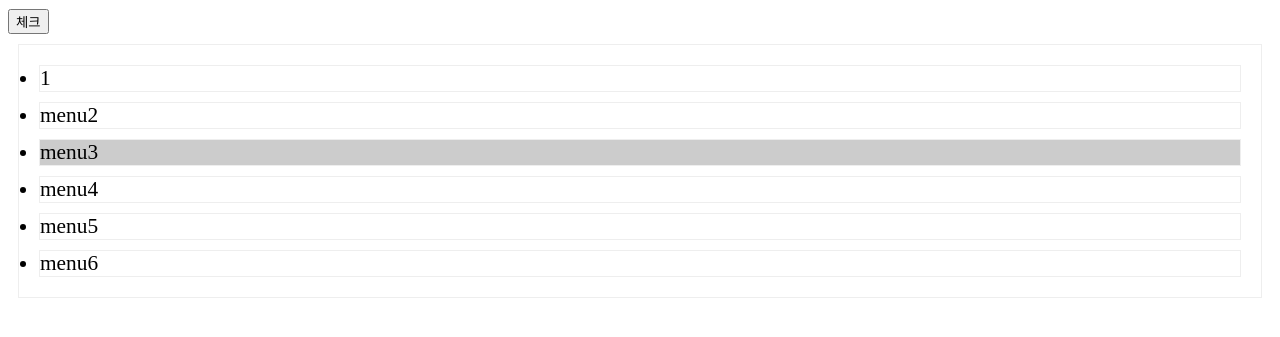
Repository: swc0516s/EZEN-JS
Page: JavaScript Workspace Lecture/JavaScript_jQuery_03/WebContent/Chapter04/4_13.html
The author's editor kept a copy of each file at every save. The page is drawn from the files as they stood at one save, then again after a run of saves.
The browser window is 1280 px wide. The pictures show the whole page.
After loading, the first visible `li` was clicked once.

Above is the page before, as saved 2022-03-18 07:17:31.

After the next 2 saves:
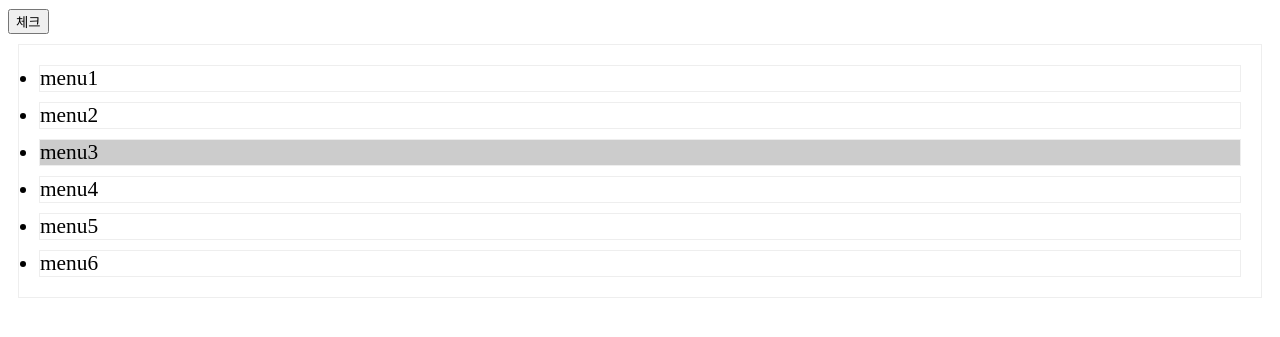
Console error (its wording comes from the project's code and is left out).
The 2 saves are shown as one change because they came seconds apart.
The last was saved 9 s later.
--- a/JavaScript Workspace Lecture/JavaScript_jQuery_03/WebContent/Chapter04/4_13.html
+++ b/JavaScript Workspace Lecture/JavaScript_jQuery_03/WebContent/Chapter04/4_13.html
@@ -24,15 +24,12 @@
 </style>
 <script type="text/javascript" src="../libs/jquery-3.6.0.min.js"></script>
 <script type="text/javascript">
-	$(document).ready(
-			function() {
-				$("ul.menu li").click(
-						function() {
-							var item = $(this);
-							item.html(
-									+ (1 + $(this).index()));
-						});
-			});
+	$(document).ready(function() {
+		$("ul.menu li").click(function() {
+			var item = $(this);
+			item.html(+"<a href='http://www.naver.com'>new menu"(1 + $(this).index()));
+		});
+	});
 </script>
 </head>
 <body>

After the save that followed:
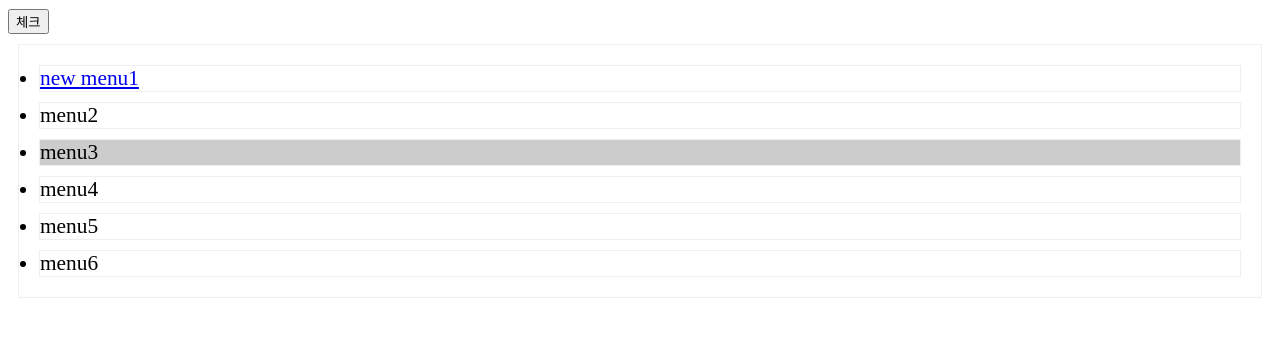
The error is gone.
Saved 7 s later.
--- a/JavaScript Workspace Lecture/JavaScript_jQuery_03/WebContent/Chapter04/4_13.html
+++ b/JavaScript Workspace Lecture/JavaScript_jQuery_03/WebContent/Chapter04/4_13.html
@@ -27,7 +27,7 @@
 	$(document).ready(function() {
 		$("ul.menu li").click(function() {
 			var item = $(this);
-			item.html(+"<a href='http://www.naver.com'>new menu"(1 + $(this).index()));
+			item.html("<a href='http://www.naver.com'>new menu"+(1 + $(this).index()));
 		});
 	});
 </script>
